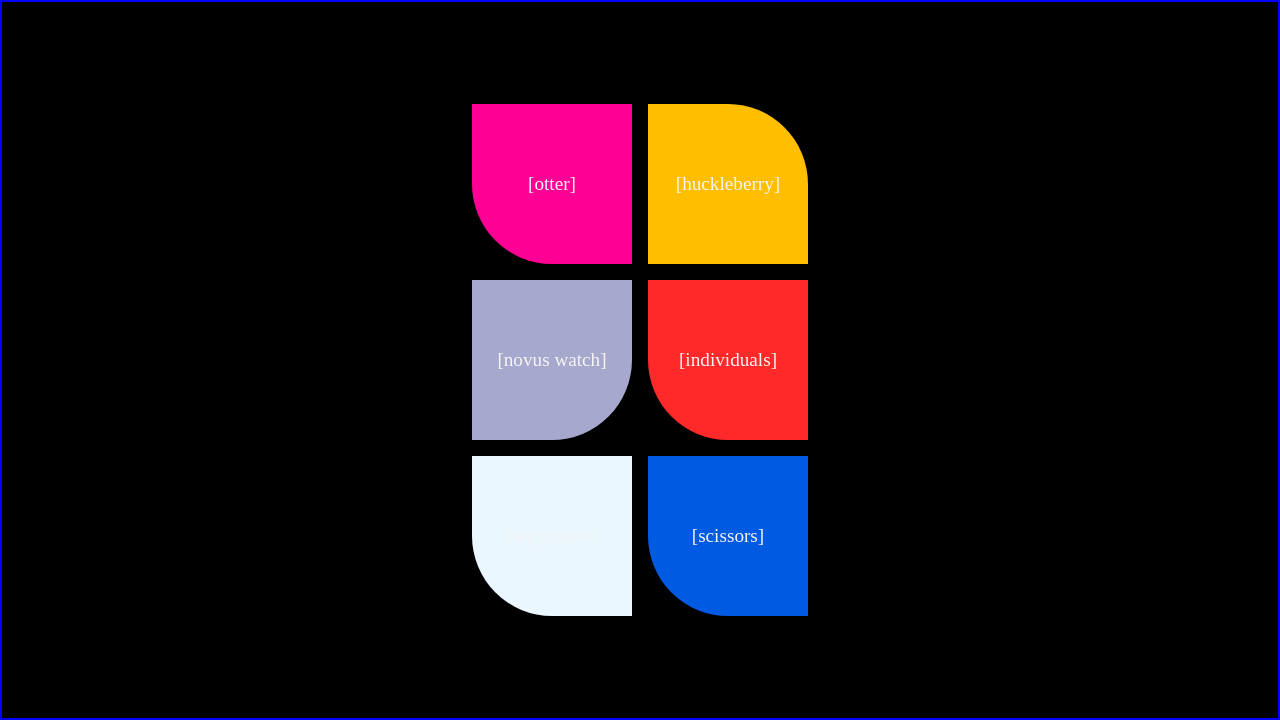
Repository: dark-txch/ass-1-6
Page: index.html
These files come from the project's save history. The page is drawn as it stood at one moment and after a run of saves; the edit follows.
The browser window is 1280 px wide. The pictures show the whole page.

Above is the page before, as saved 2024-11-29 15:11:44.

After the next 2 saves:
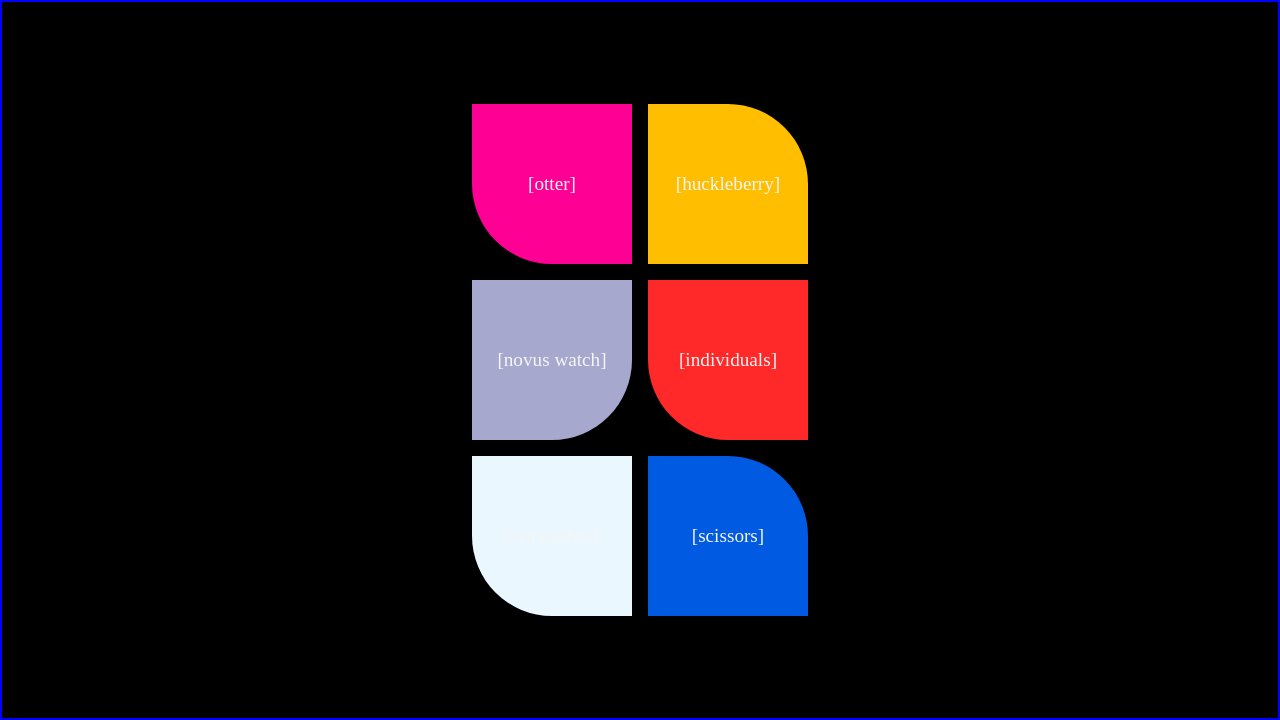
The 2 saves are shown as one change because they came seconds apart.
The last was saved 18 s later.
--- a/src/styles/index/index.css
+++ b/src/styles/index/index.css
@@ -81,6 +81,7 @@
 }
 nav ul > :nth-child(6) {
 	background-color: #015ae2;
+	col
 
 	border-radius: 0 0 0 50%;
 }

After the save that followed:
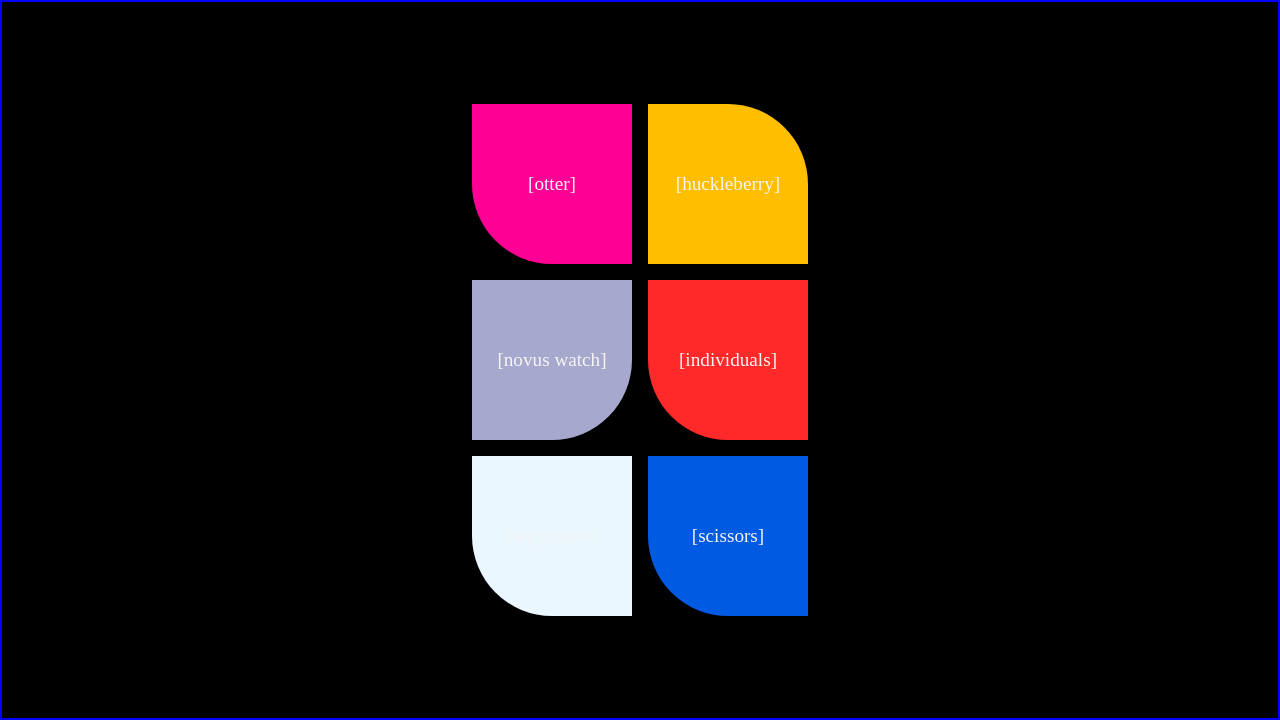
Saved 5 s later.
--- a/src/styles/index/index.css
+++ b/src/styles/index/index.css
@@ -81,7 +81,7 @@
 }
 nav ul > :nth-child(6) {
 	background-color: #015ae2;
-	col
+	color: black;
 
 	border-radius: 0 0 0 50%;
 }
